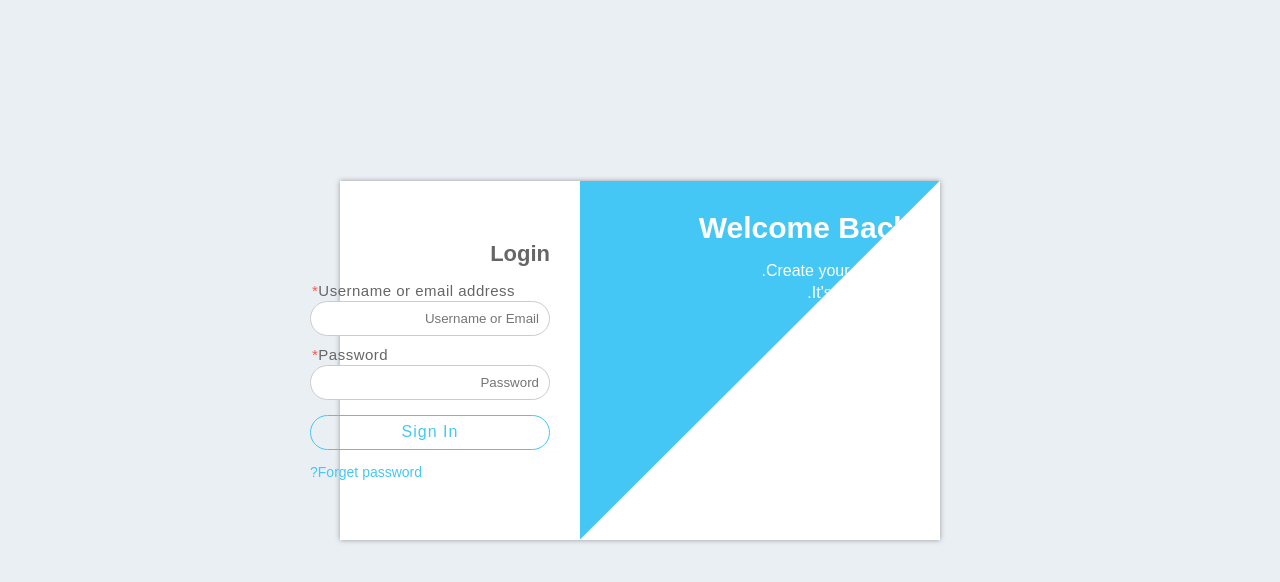
Repository: MohammedKhairi/dashboard-frontend
Page: login.html
An editor plug-in stored every save of this project. The page is shown before and after the next save, followed by the edit.
The browser window is 1280 px wide. The pictures show the whole page.

Above is the page before, as saved 2023-06-09 08:51:05.

### login.html
<!DOCTYPE html>
<html lang="ar" dir="rtl">

<head>
    <meta charset="UTF-8">
    <meta http-equiv="X-UA-Compatible" content="IE=edge">
    <meta name="viewport" content="width=device-width, initial-scale=1.0">
    <link rel="stylesheet" href="css/icon.css?">
    <!-- <link rel="stylesheet" href="css/common.css?"> -->
    <!-- <link rel="stylesheet" href="css/style.css?"> -->
    <script src="js/jquery.js"></script>
    <title>Dashboard</title>
</head>
<style>
/* General css */
*{
    box-sizing: border-box;
}
body{
    margin: 0;
    font-family: Arial, Helvetica, sans-serif;
    font-size: 16px;
    font-weight: 400;
    color: #666666;
    background: #eaeff4;
}

.wrapper{
    margin: 0 auto;
    width: 100%;
    max-width: 1140px;
    min-height: 100vh;
    display: flex;
    align-items: center;
    justify-content: center;
    flex-direction: column;
}

.container{
    position: relative;
    width: 100%;
    max-width: 600px;
    height: auto;
    display: flex;
    background: #ffffff;
    box-shadow: 0 0 5px #999999;
}
.login .col-left,
.login .col-right{
    padding: 30px;
    display: flex;
}
.login .col-left{
    width: 60%;
    clip-path: polygon(0 0, 0% 100%, 100% 0 );
    background: #44c7f5;
}
.login .col-right{
    padding: 60px 30px;
    width: 50%;
    margin-left: -10%;
}

@media(max-width: 575px){
    .login .container{
        flex-direction: column;
        box-shadow: none;
    }
    .login .col-left,
    .login .col-right{
     width: 100%;
     margin: 0;
     clip-path: none;
    }
    .login .col-right{
        padding: 30px;
    }


}


.login .login-text{
    position: relative;
    width: 100%;
    color: #ffffff;
}
.login .login-text h2{
    margin: 0 0 15px 0;
    font-size: 30px;
    font-weight: 700;
}
.login .login-text p{
    margin: 0 0 20px 0;
    font-size: 16px;
    font-weight: 500;
    line-height: 22px;
}

.login .login-text .btn{
    display: inline-block;
    padding: 7px 20px;
    font-size: 16px;
    letter-spacing: 1px;
    text-decoration: none;
    border-radius: 30px;
    color: #ffffff;
    outline: none;
    border: 1px solid #ffffff;
    box-shadow: inset 0 0 0 0 #ffffff;
    transition: .3s;
}
.login .login-text .btn:hover{
    color: #44c7f5;
    box-shadow: inset 150px 0 0 0  #ffffff;
}


.login .login-form{
    position: relative;
    width: 100%;
}
.login .login-form h2{
    margin: 0 0 15px 0;
    font-size: 22px;
    font-weight: 700;
}
.login .login-form p{
    margin: 0 0 10px 0;
    text-align: left;
    color: #666666;
    font-size: 15px;
}
.login .login-form p:last-child{
    margin: 0;
    padding-top: 3px;
}
.login .login-form p a{
    color: #44c7f5;
    font-size: 14px;
    text-decoration: none;
}
.login .login-form label {
    display: block;
    width: 100%;
    margin-bottom: 2px;
    letter-spacing: .5px;
}
.login .login-form p:last-child label{
    width: 60%;
    float: left;
}
.login .login-form label span{
    color: #ff574e;
    padding-left: 2px;
}
.login .login-form input{
    display: block;
    width: 100%;
    height: 35px;
    padding: 0 10px;
    outline: none;
    border: 1px solid #cccccc;
    border-radius: 30px;
}
.login .login-form input:focus{
    border-color: #ff574e;
}
.login .login-form button,
.login .login-form input[type=submit] {
    display: inline-block;
    width: 100%;
    margin-top: 5px;
    color: #44c7f5;
    font-size: 16px;
    letter-spacing: 1px;
    cursor: pointer;
    background: transparent;
    border: 1px solid #44c7f5;
    border-radius: 30px;
    box-shadow: inset 0 0 0 0 #44c7f5;
    transition: .3s;
}
.login .login-form button:hover,
.login .login-form input[type=submit]:hover{
    color: #ffffff;
    box-shadow: inset 250px 0 0 0 #44c7f5;
}

</style>

<body>
<div class="wrapper login">
    <div class="container">
        <div class="col-left">
            <div class="login-text">
                <h2>Welcome Back</h2>
                <p>Create your account.<br>It's totally free.</p>
                <a href="" class="btn">Sign Up</a>
            </div>
        </div>

        <div class="col-right">
            <div class="login-form">
                <h2>Login</h2>
                <form action="">
                    <p>
                        <label>Username or email address<span>*</span></label>
                        <input type="text" placeholder="Username or Email" required>
                    </p>
                    <p>
                        <label>Password<span>*</span></label>
                        <input type="password" placeholder="Password" required>
                    </p>
                    <p>
                        <input type="submit" value="Sign In">
                    </p>
                    <p>
                        <a href="">Forget password?</a>
                    </p>

                </form>
            </div>
        </div>

    </div>
</div>
</body>
</html>

### css/icon.css
@font-face {
  font-family: 'icomoon';
  src:  url('icon-font/icomoon.eot?mvm1uh');
  src:  url('icon-font/icomoon.eot?mvm1uh#iefix') format('embedded-opentype'),
    url('icon-font/icomoon.ttf?mvm1uh') format('truetype'),
    url('icon-font/icomoon.woff?mvm1uh') format('woff'),
    url('icon-font/icomoon.svg?mvm1uh#icomoon') format('svg');
  font-weight: normal;
  font-style: normal;
  font-display: block;
}

[class^="icon-"], [class*=" icon-"] {
  /* use !important to prevent issues with browser extensions that change fonts */
  font-family: 'icomoon' !important;
  speak: never;
  font-style: normal;
  font-weight: normal;
  font-variant: normal;
  text-transform: none;
  line-height: 1;

  /* Enable Ligatures ================ */
  letter-spacing: 0;
  -webkit-font-feature-settings: "liga";
  -moz-font-feature-settings: "liga=1";
  -moz-font-feature-settings: "liga";
  -ms-font-feature-settings: "liga" 1;
  font-feature-settings: "liga";
  -webkit-font-variant-ligatures: discretionary-ligatures;
  font-variant-ligatures: discretionary-ligatures;

  /* Better Font Rendering =========== */
  -webkit-font-smoothing: antialiased;
  -moz-osx-font-smoothing: grayscale;
}

.icon-strikethrough:before {
  content: "\e901";
}
.icon-unlink:before {
  content: "\e903";
}
.icon-notification---Copy:before {
  content: "\e900";
}
.icon-home3:before {
  content: "\e902";
}
.icon-pencil:before {
  content: "\e905";
}
.icon-image:before {
  content: "\e90d";
}
.icon-connection:before {
  content: "\e91b";
}
.icon-mic:before {
  content: "\e91e";
}
.icon-book:before {
  content: "\e91f";
}
.icon-folder:before {
  content: "\e92f";
}
.icon-folder-open:before {
  content: "\e930";
}
.icon-folder-plus:before {
  content: "\e931";
}
.icon-barcode:before {
  content: "\e937";
}
.icon-qrcode:before {
  content: "\e938";
}
.icon-cart:before {
  content: "\e93a";
}
.icon-phone:before {
  content: "\e942";
}
.icon-envelop:before {
  content: "\e945";
}
.icon-location:before {
  content: "\e947";
}
.icon-clock:before {
  content: "\e94e";
}
.icon-alarm:before {
  content: "\e950";
}
.icon-undo2:before {
  content: "\e967";
}
.icon-redo2:before {
  content: "\e968";
}
.icon-bubble2:before {
  content: "\e96e";
}
.icon-user:before {
  content: "\e971";
}
.icon-users:before {
  content: "\e972";
}
.icon-user-plus:before {
  content: "\e973";
}
.icon-user-minus:before {
  content: "\e974";
}
.icon-user-check:before {
  content: "\e975";
}
.icon-search:before {
  content: "\e986";
}
.icon-enlarge:before {
  content: "\e989";
}
.icon-lock:before {
  content: "\e98f";
}
.icon-cog:before {
  content: "\e994";
}
.icon-aid-kit:before {
  content: "\e998";
}
.icon-bin2:before {
  content: "\e9ad";
}
.icon-briefcase:before {
  content: "\e9ae";
}
.icon-airplane:before {
  content: "\e9af";
}
.icon-switch:before {
  content: "\e9b6";
}
.icon-list-numbered:before {
  content: "\e9b9";
}
.icon-list:before {
  content: "\e9ba";
}
.icon-list2:before {
  content: "\e9bb";
}
.icon-menu:before {
  content: "\e9bd";
}
.icon-download3:before {
  content: "\e9c7";
}
.icon-sphere:before {
  content: "\e9c9";
}
.icon-attachment:before {
  content: "\e9cd";
}
.icon-eye:before {
  content: "\e9ce";
}
.icon-eye-blocked:before {
  content: "\e9d1";
}
.icon-sun:before {
  content: "\e9d4";
}
.icon-star-empty:before {
  content: "\e9d7";
}
.icon-star-full:before {
  content: "\e9d9";
}
.icon-heart:before {
  content: "\e9da";
}
.icon-warning:before {
  content: "\ea07";
}
.icon-notification:before {
  content: "\ea08";
}
.icon-plus:before {
  content: "\ea0a";
}
.icon-minus:before {
  content: "\ea0b";
}
.icon-cancel-circle:before {
  content: "\ea0d";
}
.icon-checkmark:before {
  content: "\ea10";
}
.icon-play2:before {
  content: "\ea15";
}
.icon-text-height:before {
  content: "\ea5f";
}
.icon-bold:before {
  content: "\ea62";
}
.icon-underline:before {
  content: "\ea63";
}
.icon-italic:before {
  content: "\ea64";
}
.icon-table2:before {
  content: "\ea71";
}
.icon-paragraph-left:before {
  content: "\ea77";
}
.icon-paragraph-center:before {
  content: "\ea78";
}
.icon-paragraph-right:before {
  content: "\ea79";
}
.icon-paragraph-justify:before {
  content: "\ea7a";
}
.icon-indent-increase:before {
  content: "\ea7b";
}
.icon-indent-decrease:before {
  content: "\ea7c";
}
.icon-embed2:before {
  content: "\ea80";
}
.icon-share2:before {
  content: "\ea82";
}
.icon-google:before {
  content: "\ea88";
}
.icon-facebook:before {
  content: "\ea90";
}
.icon-instagram:before {
  content: "\ea92";
}
.icon-whatsapp:before {
  content: "\ea93";
}
.icon-telegram:before {
  content: "\ea95";
}
.icon-twitter:before {
  content: "\ea96";
}
.icon-youtube:before {
  content: "\ea9d";
}
.icon-github:before {
  content: "\eab0";
}
.icon-tumblr:before {
  content: "\eab9";
}
.icon-appleinc:before {
  content: "\eabe";
}
.icon-android:before {
  content: "\eac0";
}
.icon-windows8:before {
  content: "\eac2";
}
.icon-linkedin2:before {
  content: "\eaca";
}

Loaded but not shown: js/jquery.js (library)

After the next save:
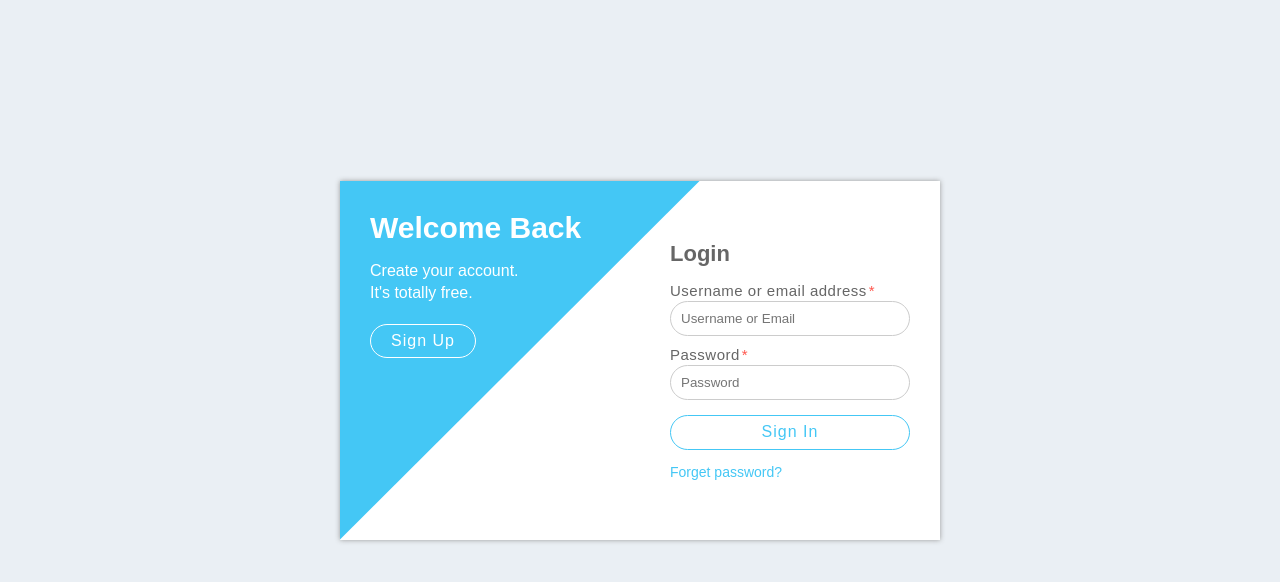
Saved 40 s later.
--- a/login.html
+++ b/login.html
@@ -1,5 +1,5 @@
 <!DOCTYPE html>
-<html lang="ar" dir="rtl">
+<html lang="ar" dir="ltr">
 
 <head>
     <meta charset="UTF-8">
